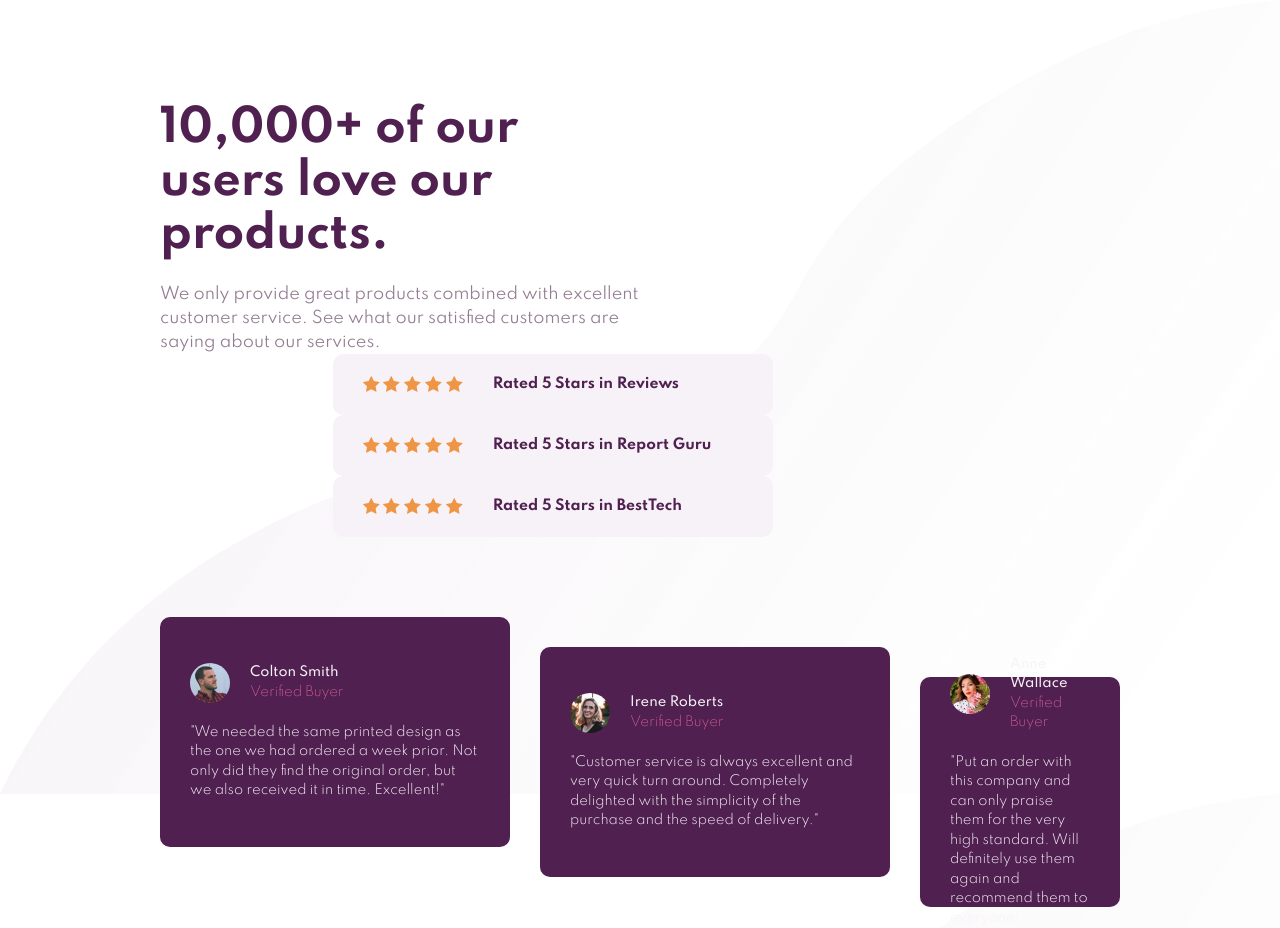
Repository: metehankasapp/social-proof-section-master
Page: index.html
These files come from the project's save history. The page is drawn as it stood at one moment and after the next save; the edit follows.
The browser window is 1280 px wide. The pictures show the whole page.
Some web libraries are served in a nearby version.

Above is the page before, as saved 2021-12-05 08:53:02.

After the next save:
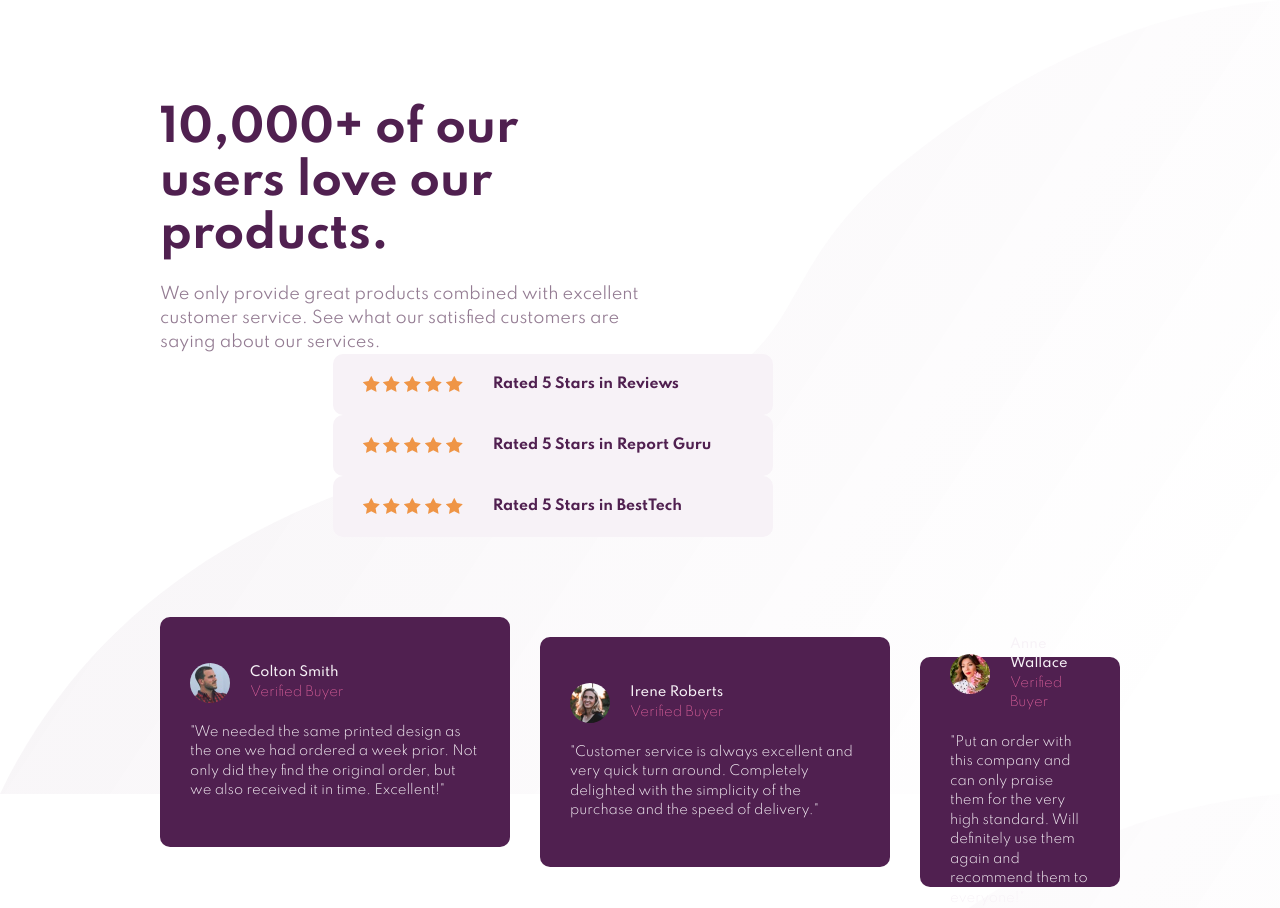
Saved 7 s later.
--- a/index.html
+++ b/index.html
@@ -104,7 +104,7 @@
         </div>
       </div>
 
-      <div class="card-ctr" style="position: absolute;top:3rem;left: 380px;">
+      <div class="card-ctr" style="position: absolute;top:2rem;left: 380px;">
         <div class="card-item">
           <div class="card-headerr">
             <div class="card-img">
@@ -125,7 +125,7 @@
         </div>
       </div>
 
-      <div class="card-ctr" style="position: absolute;top:6rem;left: 760px;">
+      <div class="card-ctr" style="position: absolute;top:4rem;left: 760px;">
         <div class="card-item">
           <div class="card-headerr">
             <div class="card-img">
